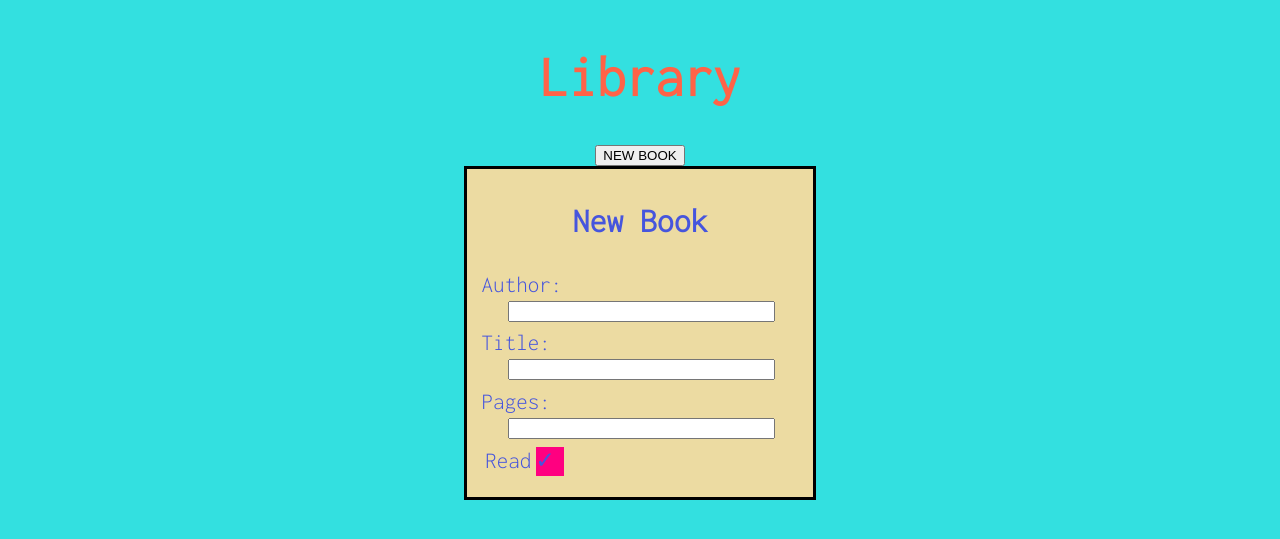
Repository: 0101chaitanya/Library
Page: index.html
These files come from the project's save history. The page is drawn as it stood at one moment and after the next save; the edit follows.
The browser window is 1280 px wide. The pictures show the whole page.

Above is the page before, as saved 2021-06-02 15:10:19.

### index.html
<!DOCTYPE html>
<html>

<head>
    <meta charset="UTF-8">
    <link rel="stylesheet" type="text/css" href="styles.css">

</head>

<body>
    <script type="text/javascript" src="script.js"></script>

</body>

</html>

### styles.css
  @import url('https://fonts.googleapis.com/css2?family=Inconsolata:wght@300&display=swap');
   :root {
      font-size: 4vh;
      background: rgba(15, 219, 219, 0.849);
      color: rgb(70, 85, 221);
      font-family: 'Inconsolata', monospace;
  }

  body {
      display: flex;
      flex-direction: column;
      justify-content: center;
      align-items: center;
  }

  h1 {
      color: tomato;
  }

  form {
      display: flex;
      flex-direction: column;
      align-items: center;
      justify-content: flex-end;
      background-color: rgb(236, 219, 162);
      height: fit-content;
      width: 12rem;
      border-color: black;
      border-style: solid;
  }

  #author,
  #title,
  #pages,
  #read {
      font-size: 0.8rem;
      margin-left: 0.5rem;
  }

  #authorInput {
      position: relative;
      left: 0.9rem;
      margin-bottom: 0.3rem;
      width: 9rem;
  }

  #titleInput,
  #pagesInput {
      position: relative;
      left: 0.9rem;
      margin-bottom: 0.3rem;
      width: 9rem;
  }

  #readInput {
      position: relative;
      left: 0.75rem;
      margin-bottom: 1rem;
      opacity: 1;
      cursor: pointer;
      height: 0;
      width: 0;
  }

  #read {
      display: block;
      position: relative;
      right: 4rem;
  }

  .checkMark {
      position: relative;
      display: inline-block;
      right: 0.5rem;
      height: 1rem;
      width: 1rem;
      background: rgb(255, 0, 128);
  }

  #readInput:checked~.checkMark {
      background-color: blue;
  }

### script.js
let heading = document.createElement("h1");
heading.textContent = 'Library';
document.body.appendChild(heading);
let newBook = document.createElement('button');
newBook.textContent = 'NEW BOOK';
document.body.appendChild(newBook);
let form = document.createElement('form');
h3 = document.createElement('h3');
form.appendChild(h3);

function createElmt(labelName, labelId, tipe, labelTextContent, inputId, inpId, checkMk) {
    labelName = document.createElement('label');
    labelName.textContent = labelTextContent;
    labelName.id = labelId;
    labelName.htmlFor = inputId;
    inputId = document.createElement('input');
    inputId.type = tipe;
    inputId.id = inpId;
    labelName.appendChild(inputId);
    if (checkMk == 'read') {
        let span = document.createElement('span');
        span.className = 'checkMark';
        span.innerHTML = '&#10003';


        labelName.appendChild(span);
    }
    form.appendChild(labelName);
}
h3.textContent = `New Book`;
createElmt('author', 'author', 'text', 'Author:', 'authorInput', 'authorInput');
createElmt('title', 'title', 'text', 'Title:', 'titleInput', 'titleInput');
createElmt('pages', 'pages', 'number', 'Pages:', 'pagesInput', 'pagesInput');
createElmt('read', 'read', 'checkbox', 'Read:', 'readInput', 'readInput', 'read');
console.log('author'.id);
/*
let author = document.createElement('label');
author.textContent = 'Author :';
author.htmlFor = 'authorInput';
let authorInput = document.createElement('input');
authorInput.id = 'authorInput';
author.appendChild(authorInput);
document.body.appendChild(author);
 */


function setBookObj(author, title, pages, readStatus, refUrl) {
    this.author = author;
    this.title = title;
    this.pages = pages;
    this.readStatus = readStatus;
    this.refUrl = refUrl;
}
document.body.appendChild(form);

After the next save:
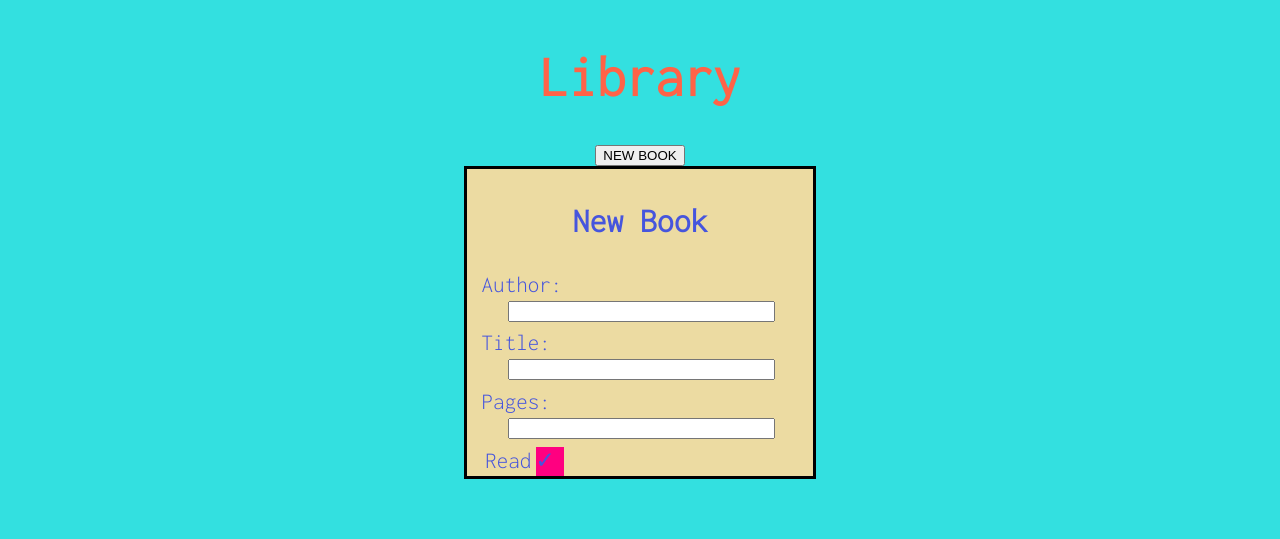
Saved 35 s later.
--- a/styles.css
+++ b/styles.css
@@ -55,7 +55,7 @@
   #readInput {
       position: relative;
       left: 0.75rem;
-      margin-bottom: 1rem;
+      bottom: 0.1rem margin-bottom: 1rem;
       opacity: 1;
       cursor: pointer;
       height: 0;

After the 2 saves that followed:
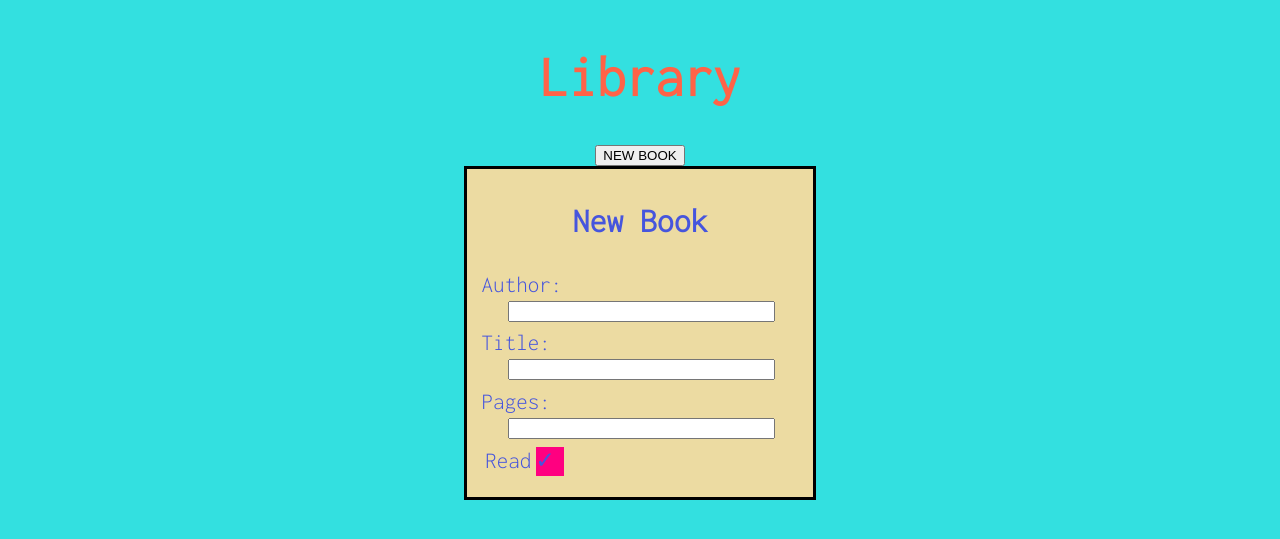
The 2 saves are shown as one change because 1 left the picture as it was.
The last was saved 13 s later.
--- a/styles.css
+++ b/styles.css
@@ -55,7 +55,8 @@
   #readInput {
       position: relative;
       left: 0.75rem;
-      bottom: 0.1rem margin-bottom: 1rem;
+      bottom: 0.4rem;
+      margin-bottom: 1rem;
       opacity: 1;
       cursor: pointer;
       height: 0;
